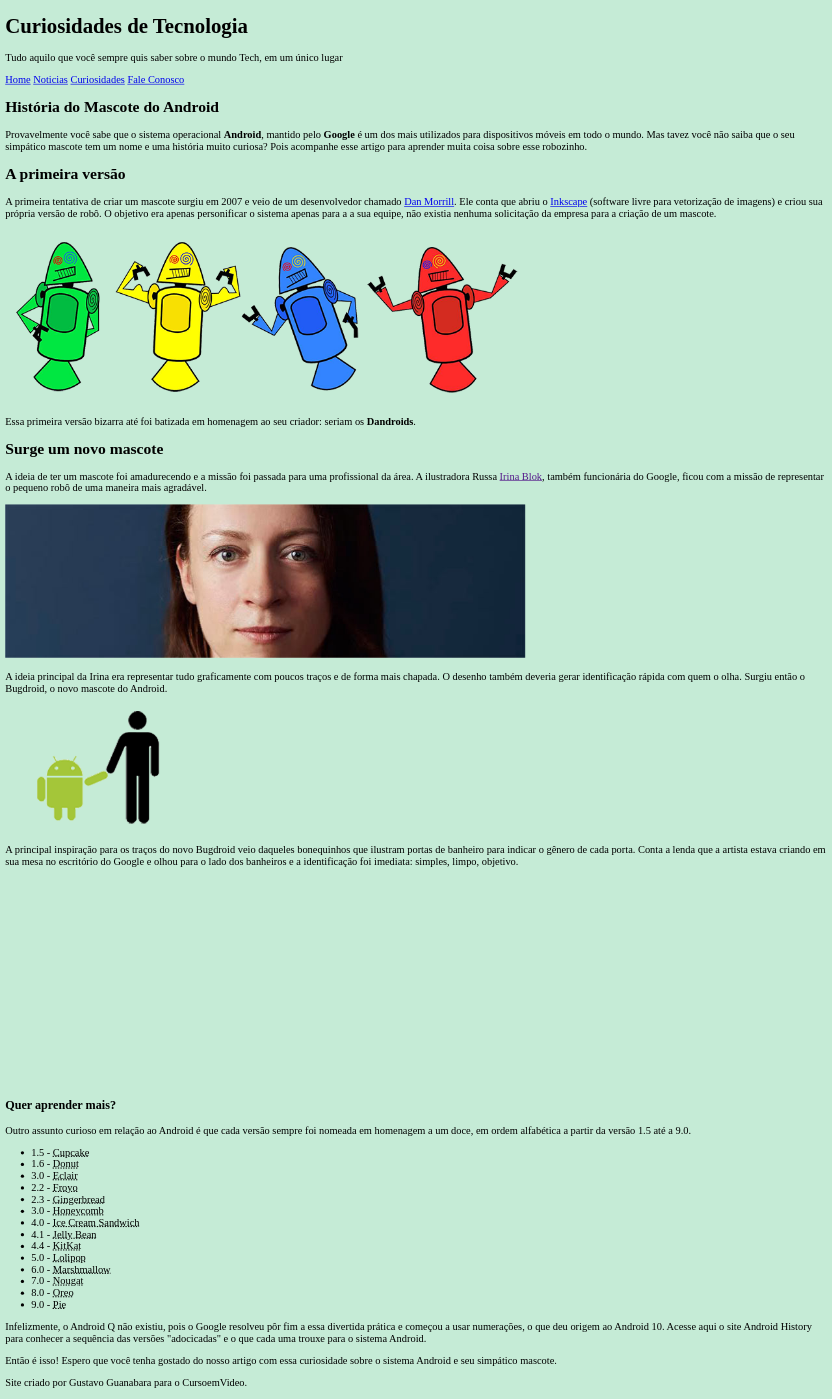
Repository: Lucianorodriguesdev/desafio10
Page: android.html
These files come from the project's save history. The page is drawn as it stood at one moment and after the next save; the edit follows.
The browser window is 1280 px wide. The pictures show the whole page, at 65% of full size.
Pictures or frames that could not be fetched are drawn as grey boxes.

Above is the page before, as saved 2026-06-10 10:55:29.

### android.html
<!DOCTYPE html>
<html lang="pt-br">
<head>
    <meta charset="UTF-8">
    <meta name="viewport" content="width=device-width, initial-scale=1.0">
    <title>Como surgiu o mascote do android</title>
    <link rel="shortcut icon" href="imagens/favicon.ico" type="image/x-icon">
    <link rel="stylesheet" href="estilo/style.css">
</head>
<body>
    <header>
        <h1>Curiosidades de Tecnologia</h1>
        <p>Tudo aquilo que você sempre quis saber sobre o mundo Tech, em um único lugar</p>
    </header>
    <nav>
        <a href="#">Home</a>
        <a href="#">Noticias</a>
        <a href="#">Curiosidades</a>
        <a href="#">Fale Conosco</a>
    </nav>
    <main>
        <article>
         <h1>História do Mascote do Android</h1>

        <p>Provavelmente você sabe que o sistema operacional <strong>Android</strong>, mantido pelo <strong>Google</strong> é um dos mais utilizados para dispositivos móveis em todo o mundo. Mas tavez você não saiba que o seu simpático mascote tem um nome e uma história muito curiosa? Pois acompanhe esse artigo para aprender muita coisa sobre esse robozinho.</p>

        <h2>A primeira versão</h2>

        <p>A primeira tentativa de criar um mascote surgiu em 2007 e veio de um desenvolvedor chamado <a href="https://androidcommunity.com/dan-morrill-shows-us-the-android-mascot-that-almost-was-20130103/" target="_blank">Dan Morrill</a>. Ele conta que abriu o <a href="https://inkscape.org/release/inkscape-1.4.2/windows/64-bit/msi/dl/" target="_blank">Inkscape</a> (software livre para vetorização de imagens) e criou sua própria versão de robô. O objetivo era apenas personificar o sistema apenas para a a sua equipe, não existia nenhuma solicitação da empresa para a criação de um mascote.</p>

        <img src="imagens/dan-droids.png" alt="Primeiro mascote do android">

        <p>Essa primeira versão bizarra até foi batizada em homenagem ao seu criador: seriam os <strong>Dandroids</strong>.</p>

        <h2>Surge um novo mascote</h2>

        <p>A ideia de ter um mascote foi amadurecendo e a missão foi passada para uma profissional da área. A ilustradora Russa <a href="">Irina Blok</a>, também funcionária do Google, ficou com a missão de representar o pequeno robô de uma maneira mais agradável.</p>

        <img src="imagens/irina-blok.jpg" alt="Irina Blok, criadora do bugdroid">

        <p>A ideia principal da Irina era representar tudo graficamente com poucos traços e de forma mais chapada. O desenho também deveria gerar identificação rápida com quem o olha. Surgiu então o Bugdroid, o novo mascote do Android.</p>

            <img src="imagens/bugdroid.png" alt="Bugdroid">

        <p>
            A principal inspiração para os traços do novo Bugdroid veio daqueles bonequinhos que ilustram portas de banheiro para indicar o gênero de cada porta. Conta a lenda que a artista estava criando em sua mesa no escritório do Google e olhou para o lado dos banheiros e a identificação foi imediata: simples, limpo, objetivo.

        </p>
        <iframe width="560" height="315" src="https://www.youtube.com/embed/l2UDgpLz20M?si=4TCYkBzC4fz2tVjY" title="YouTube video player" frameborder="0" allow="accelerometer; autoplay; clipboard-write; encrypted-media; gyroscope; picture-in-picture; web-share" referrerpolicy="strict-origin-when-cross-origin" allowfullscreen></iframe>

        <aside>
            <h3>Quer aprender mais?</h3>
            Outro assunto curioso em relação ao Android é que cada versão sempre foi nomeada em homenagem a um doce, em ordem alfabética a partir da versão 1.5 até a 9.0.
            <ul>
                <li>1.5 - <abbr title="Bolo de copo">Cupcake</abbr></li>
                <li>1.6 - <abbr title="Rosquinha">Donut</abbr></li>
                <li>3.0 - <abbr title="Bomba">Eclair</abbr></li>
                <li>2.2 - <abbr title="iogurte congelado">Froyo</abbr></li>
                <li>2.3 - <abbr title="Biscoito de gengibre">Gingerbread</abbr></li>
                <li>3.0 - <abbr title="Favo de mel">Honeycomb</abbr></li>
                <li>4.0 - <abbr title="Sanduiche de sorvete">Ice Cream Sandwich</abbr></li>
                <li>4.1 - <abbr title="Jujuba">Jelly Bean</abbr></li>
                <li>4.4 - <abbr title="Kitkat">KitKat</abbr></li>
                <li>5.0 - <abbr title="Pirulito">Lolipop</abbr></li>
                <li>6.0 - <abbr title="Marshmellow">Marshmallow</abbr></li>
                <li>7.0 - <abbr title="Torrone">Nougat</abbr></li>
                <li>8.0 - <abbr title="Oreo">Oreo</abbr></li>
                <li>9.0 - <abbr title="Torta">Pie</abbr></li>
            </ul>
            <p>
                Infelizmente, o Android Q não existiu, pois o Google resolveu pôr fim a essa divertida prática e começou a usar numerações, o que deu origem ao Android 10.
                Acesse aqui o site Android History para conhecer a sequência das versões "adocicadas" e o que cada uma trouxe para o sistema Android.
            </p>

        </aside>

        <p>Então é isso! Espero que você tenha gostado do nosso artigo com essa curiosidade sobre o sistema Android e seu simpático mascote.</p>
        </article>
    </main>
    <footer>
        <p>
            Site criado por Gustavo Guanabara para o CursoemVideo.
        </p>
    </footer>
</body>
</html>

### estilo/style.css
@charset "UTF-8";
body{
    background-color: #C5EBD6;
}

After the next save:
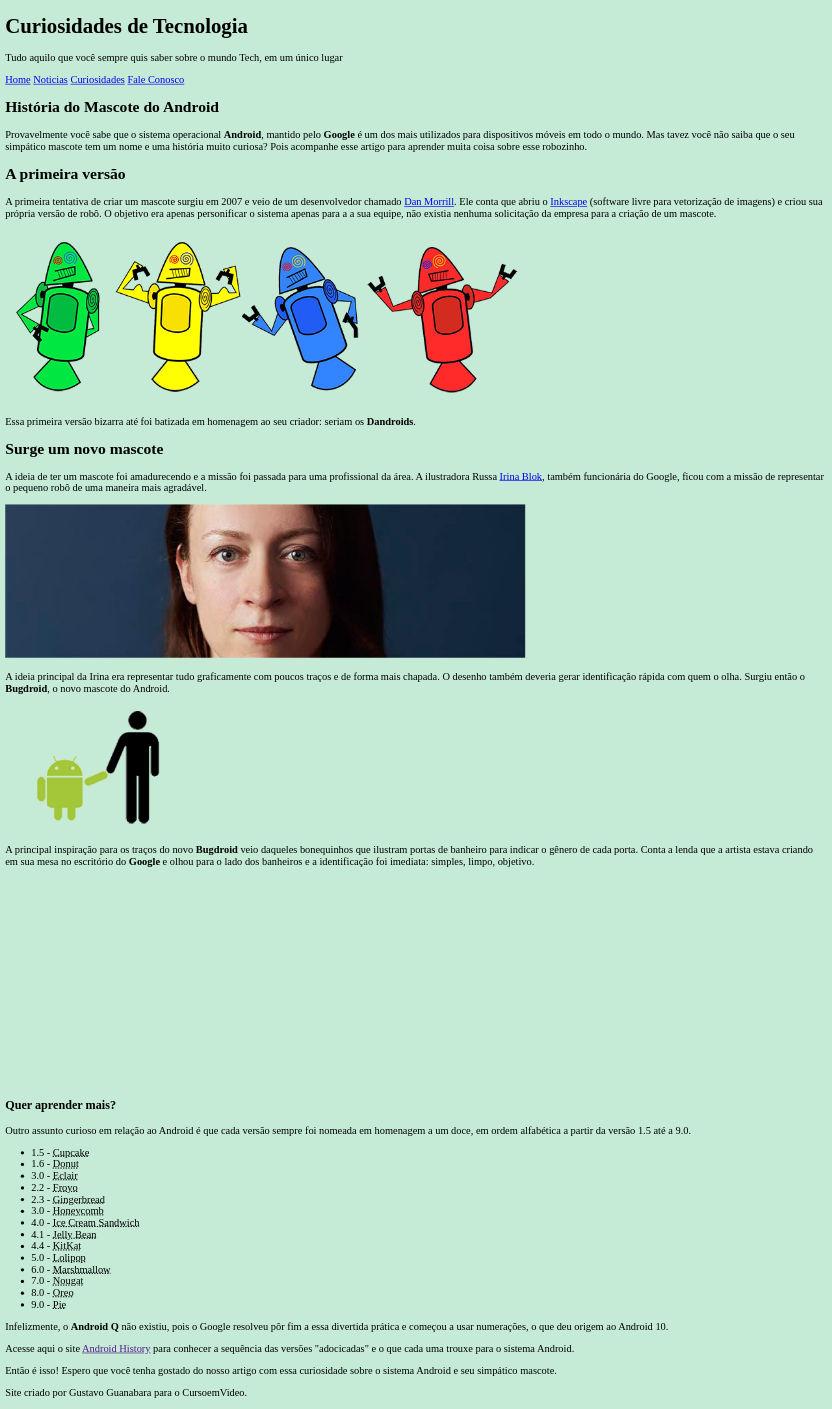
Saved 3 min 55 s later.
--- a/android.html
+++ b/android.html
@@ -34,16 +34,16 @@
 
         <h2>Surge um novo mascote</h2>
 
-        <p>A ideia de ter um mascote foi amadurecendo e a missão foi passada para uma profissional da área. A ilustradora Russa <a href="">Irina Blok</a>, também funcionária do Google, ficou com a missão de representar o pequeno robô de uma maneira mais agradável.</p>
+        <p>A ideia de ter um mascote foi amadurecendo e a missão foi passada para uma profissional da área. A ilustradora Russa <a href="https://www.irinablok.com/android" target="_blank">Irina Blok</a>, também funcionária do Google, ficou com a missão de representar o pequeno robô de uma maneira mais agradável.</p>
 
         <img src="imagens/irina-blok.jpg" alt="Irina Blok, criadora do bugdroid">
 
-        <p>A ideia principal da Irina era representar tudo graficamente com poucos traços e de forma mais chapada. O desenho também deveria gerar identificação rápida com quem o olha. Surgiu então o Bugdroid, o novo mascote do Android.</p>
+        <p>A ideia principal da Irina era representar tudo graficamente com poucos traços e de forma mais chapada. O desenho também deveria gerar identificação rápida com quem o olha. Surgiu então o <strong>Bugdroid</strong>, o novo mascote do Android.</p>
 
             <img src="imagens/bugdroid.png" alt="Bugdroid">
 
         <p>
-            A principal inspiração para os traços do novo Bugdroid veio daqueles bonequinhos que ilustram portas de banheiro para indicar o gênero de cada porta. Conta a lenda que a artista estava criando em sua mesa no escritório do Google e olhou para o lado dos banheiros e a identificação foi imediata: simples, limpo, objetivo.
+            A principal inspiração para os traços do novo <strong>Bugdroid</strong> veio daqueles bonequinhos que ilustram portas de banheiro para indicar o gênero de cada porta. Conta a lenda que a artista estava criando em sua mesa no escritório do <strong>Google</strong> e olhou para o lado dos banheiros e a identificação foi imediata: simples, limpo, objetivo.
 
         </p>
         <iframe width="560" height="315" src="https://www.youtube.com/embed/l2UDgpLz20M?si=4TCYkBzC4fz2tVjY" title="YouTube video player" frameborder="0" allow="accelerometer; autoplay; clipboard-write; encrypted-media; gyroscope; picture-in-picture; web-share" referrerpolicy="strict-origin-when-cross-origin" allowfullscreen></iframe>
@@ -68,10 +68,12 @@
                 <li>9.0 - <abbr title="Torta">Pie</abbr></li>
             </ul>
             <p>
-                Infelizmente, o Android Q não existiu, pois o Google resolveu pôr fim a essa divertida prática e começou a usar numerações, o que deu origem ao Android 10.
-                Acesse aqui o site Android History para conhecer a sequência das versões "adocicadas" e o que cada uma trouxe para o sistema Android.
+                Infelizmente, o <strong>Android Q</strong> não existiu, pois o Google resolveu pôr fim a essa divertida prática e começou a usar numerações, o que deu origem ao Android 10.
             </p>
+            <p>
+                Acesse aqui o site <a href="">Android History</a> para conhecer a sequência das versões "adocicadas" e o que cada uma trouxe para o sistema Android.
 
+            </p>
         </aside>
 
         <p>Então é isso! Espero que você tenha gostado do nosso artigo com essa curiosidade sobre o sistema Android e seu simpático mascote.</p>
